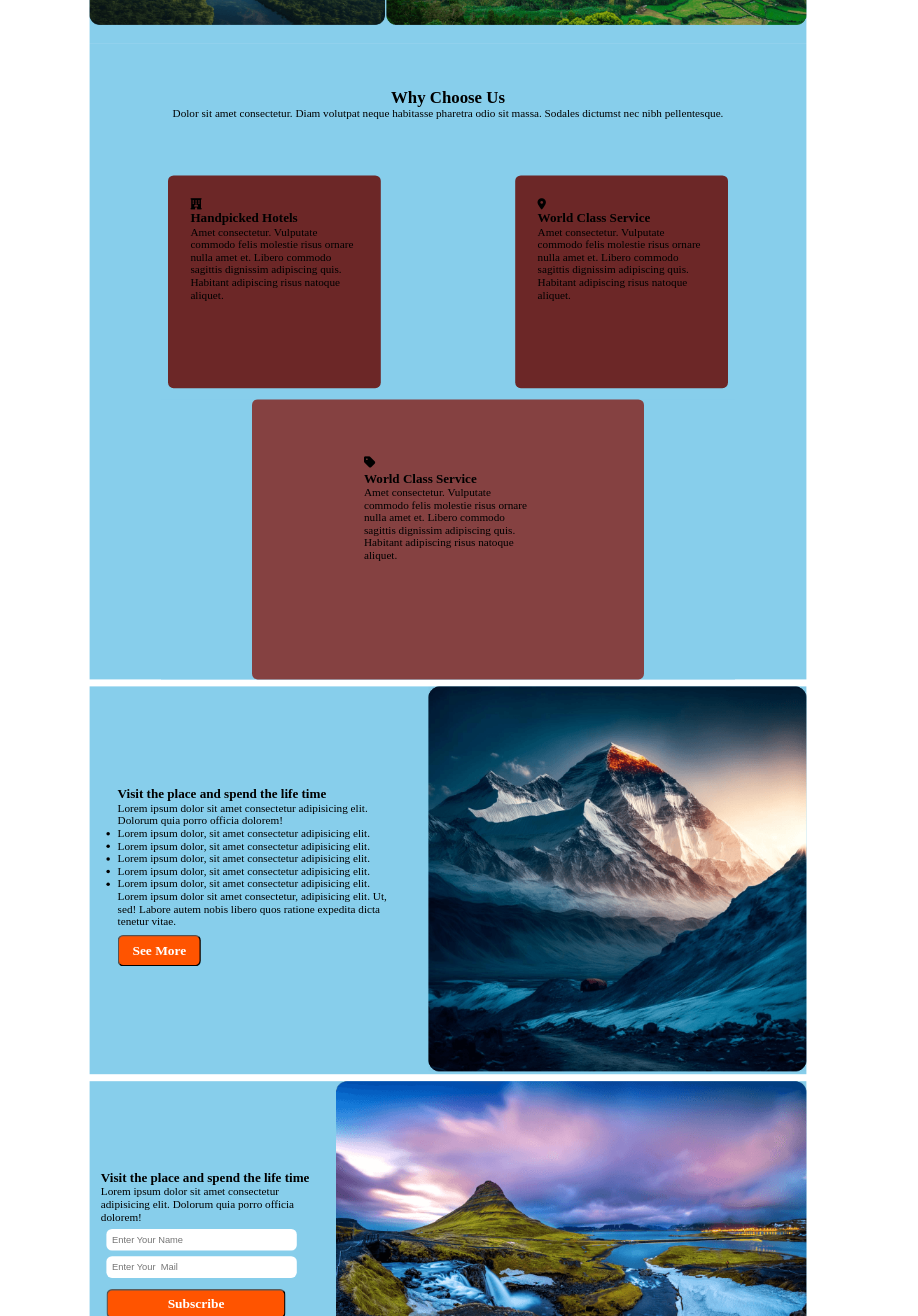
Repository: sumonkumarsarkar/Sk-Travel-Agency-
Page: index.html
These files come from the project's save history. The page is drawn as it stood at one moment and after the next save; the edit follows.
The browser window is 1280 px wide. The page is 1312 px wide, so the pictures cover 1312 px, including what lies to the right of the window. The pictures show the part of the page from y = 2262 to 4142 px (the page is 4528 px tall before and 4688 px after), at 70% of full size.

Above is the page before, as saved 2024-01-17 11:41:50.

After the next save:
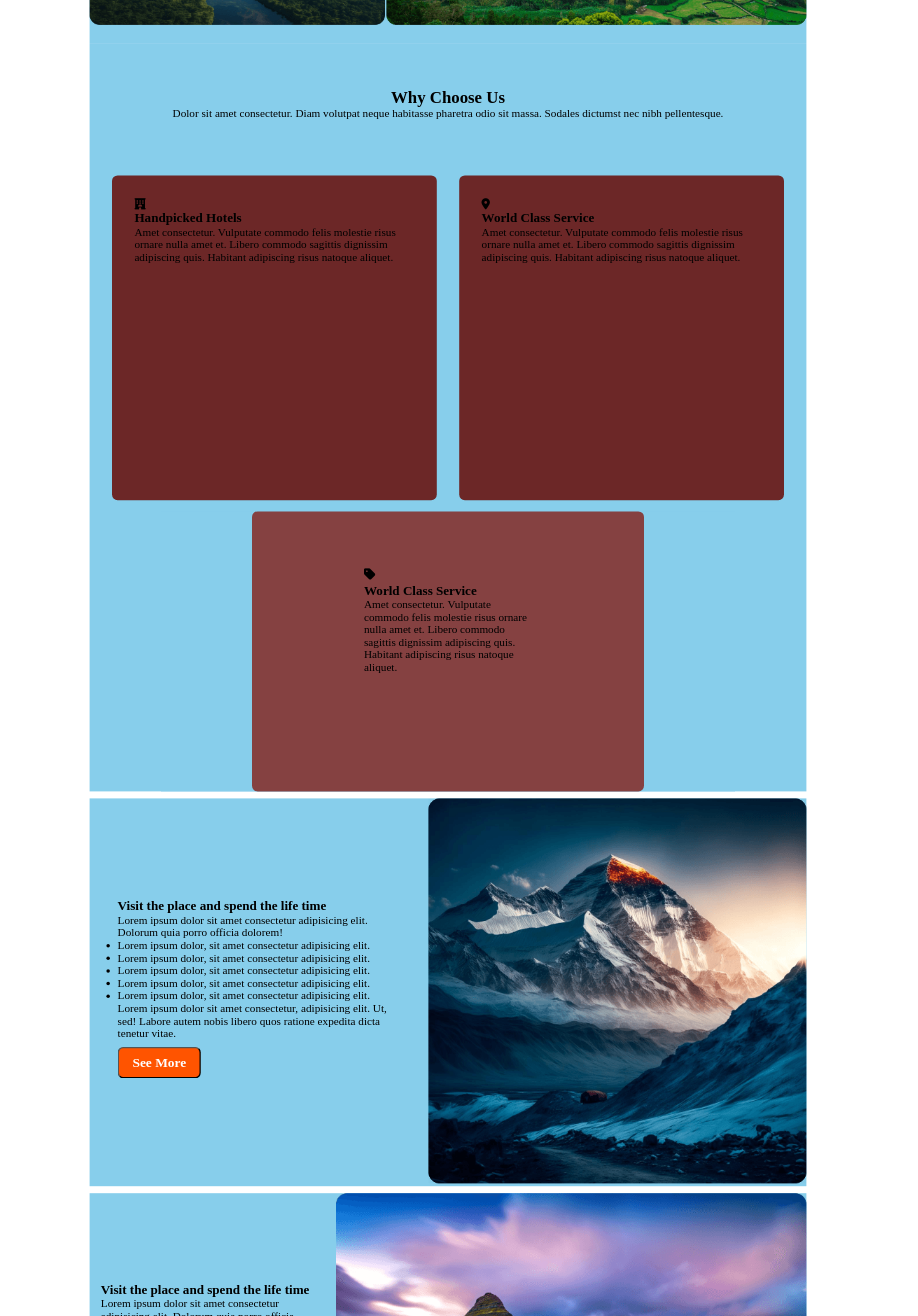
Saved 20 s later.
--- a/style.css
+++ b/style.css
@@ -42,8 +42,8 @@ padding:4rem;
 
 
 .card{
-    height:15rem;
-    width: 15rem;
+    height:25rem;
+    width: 25rem;
     background:#6c2727;
     border-radius: .5rem;
     padding:2rem;
